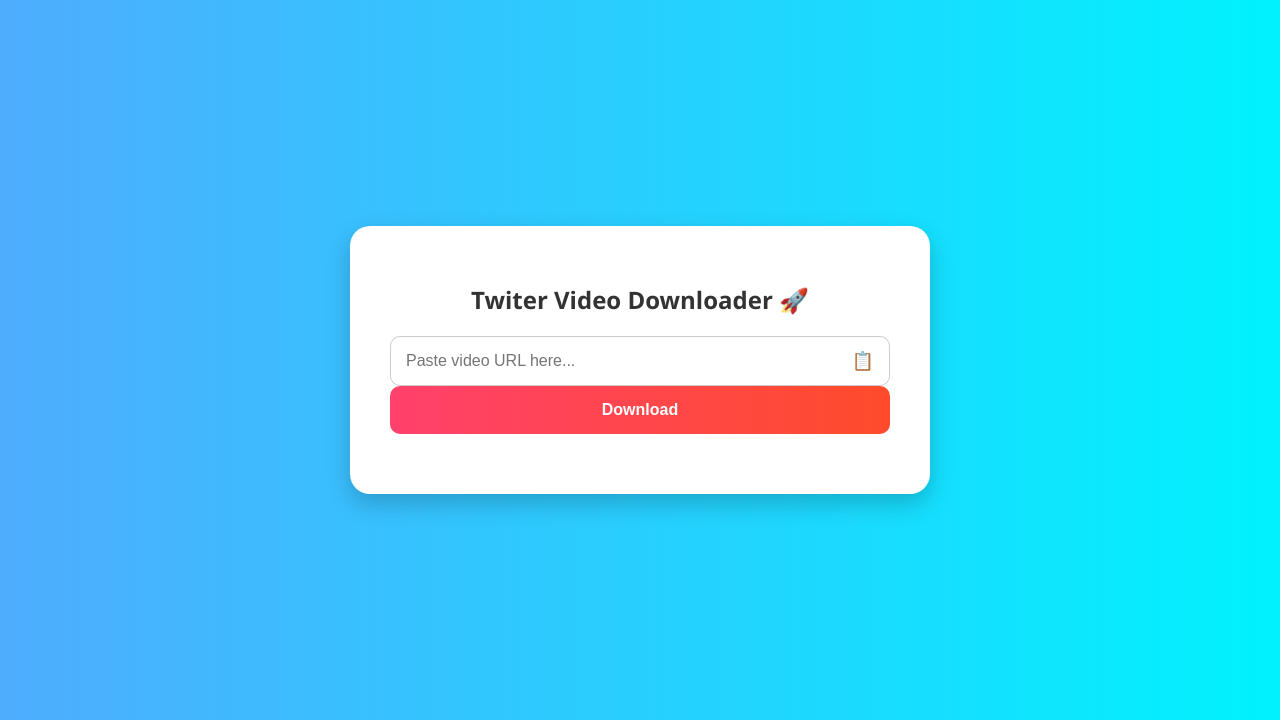
Repository: NETFORYJ/twitter-video-downloader
Page: TwitterVideoDownloader/src/main/resources/static/index.html
These files come from the project's save history. The page is drawn as it stood at one moment and after the next save; the edit follows.
The browser window is 1280 px wide. The pictures show the whole page.

Above is the page before, as saved 2025-05-04 13:41:54.

### TwitterVideoDownloader/src/main/resources/static/index.html
<!DOCTYPE html>
<html lang="en">
<head>
  <meta charset="UTF-8" />
  <meta name="viewport" content="width=device-width, initial-scale=1.0"/>
  <title>Video Downloader</title>
  <style>
    body {
      margin: 0;
      padding: 0;
      font-family: 'Segoe UI', Tahoma, Geneva, Verdana, sans-serif;
      background: linear-gradient(to right, #4facfe, #00f2fe);
      min-height: 100vh;
      display: flex;
      justify-content: center;
      align-items: center;
    }

    .container {
      background-color: white;
      padding: 40px;
      border-radius: 20px;
      box-shadow: 0 10px 25px rgba(0, 0, 0, 0.2);
      width: 90%;
      max-width: 500px;
      text-align: center;
    }

    h1 {
      margin-bottom: 20px;
      color: #333;
      font-size: 24px;
    }

    .input-wrapper {
  position: relative;
  width: 100%;
}

.input-wrapper input {
  width: 100%;
  padding: 15px 40px 15px 15px; /* space for button */
  font-size: 16px;
  border: 1px solid #ccc;
  border-radius: 10px;
  box-sizing: border-box;
}

.input-wrapper button {
  position: absolute;
  top: 50%;
  right: 10px;
  transform: translateY(-50%);
  border: none;
  background: transparent;
  font-size: 18px;
  cursor: pointer;
}



    button[type="submit"] {
      padding: 15px;
      width: 100%;
      background: linear-gradient(to right, #ff416c, #ff4b2b);
      color: white;
      font-size: 16px;
      font-weight: bold;
      border: none;
      border-radius: 10px;
      cursor: pointer;
      transition: 0.3s ease;
    }

    button[type="submit"]:hover {
      background: linear-gradient(to right, #ff4b2b, #ff416c);
    }

    #thumbnail {
      display: none;
      width: 100%;
      margin-top: 20px;
      border-radius: 12px;
      box-shadow: 0 5px 10px rgba(0,0,0,0.1);
    }

    #progress-container {
      width: 100%;
      background-color: #e0e0e0;
      border-radius: 10px;
      overflow: hidden;
      margin-top: 20px;
      display: none;
    }

    #progress-bar {
      width: 0%;
      height: 10px;
      background-color: #4caf50;
      transition: width 0.4s ease;
    }

    #result {
      margin-top: 20px;
      font-weight: bold;
    }

    #downloadLink {
      display: none;
      margin-top: 20px;
      padding: 15px;
      background-color: #28a745;
      color: white;
      border-radius: 10px;
      text-decoration: none;
      font-weight: bold;
      transition: background 0.3s ease;
    }

    #downloadLink:hover {
      background-color: #218838;
    }
  </style>
</head>
<body>

  <div class="container">
    <h1>Twiter Video Downloader 🚀</h1>
    <form id="downloadForm">
    <div class="input-wrapper">
  <input type="text" id="videoUrl" placeholder="Paste video URL here..." required>
  <button type="button" id="actionBtn">📋</button>
</div>

      <button type="submit">Download</button>
    </form>
    <img id="thumbnail" src="" alt="Thumbnail Preview">
    <p id="result"></p>
    <div id="progress-container">
      <div id="progress-bar"></div>
    </div>
    <a id="downloadLink" href="#" download>📥 Download Video</a>
  </div>

  <script>
    const input = document.getElementById("videoUrl");
    const actionBtn = document.getElementById("actionBtn");
    const form = document.getElementById("downloadForm");

    // Basic URL pattern (client-side validation)

    /* function isValidUrlOld(url) {
  const pattern = /^(https?:\/\/)?(www\.)?[\w\-]+\.[\w]{2,}.*$/i;
  return pattern.test(url);
}
*/
function isValidUrl(url) {
	  const pattern = /^https?:\/\/(www\.)?(twitter\.com|x\.com)\/[a-zA-Z0-9_]+\/status\/\d+/i;
	  return pattern.test(url);
	}


    input.addEventListener("input", () => {
      const videoUrl = input.value.trim();
      const thumbnail = document.getElementById("thumbnail");
      const result = document.getElementById("result");

      if (!videoUrl) {
        thumbnail.style.display = "none";
        actionBtn.textContent = "📋";
        result.innerText = "";
        return;
      }

      actionBtn.textContent = "❌";

      if (!isValidUrl(videoUrl)) {
        result.innerText = "❌ Invalid URL format!";
        result.style.color = "red";
        thumbnail.style.display = "none";
        return;
      }

      result.innerText = "";

      fetch(`/api/thumbnail?videoUrl=${encodeURIComponent(videoUrl)}`)
        .then((res) => res.json())
        .then((data) => {
          if (data.thumbnail) {
            thumbnail.src = data.thumbnail;
            thumbnail.style.display = "block";
          } else {
            thumbnail.style.display = "none";
          }
        })
        .catch((error) => {
          console.error("Thumbnail error:", error);
          thumbnail.style.display = "none";
        });
    });

    actionBtn.addEventListener("click", async () => {
      if (input.value.trim()) {
        input.value = "";
        actionBtn.textContent = "📋";
        input.dispatchEvent(new Event("input"));
      } else {
        try {
          const text = await navigator.clipboard.readText();
          input.value = text;
          actionBtn.textContent = "❌";
          input.dispatchEvent(new Event("input"));
        } catch (err) {
          console.error("Clipboard access failed", err);
        }
      }
    });

    form.addEventListener("submit", async function (e) {
      e.preventDefault();
      const videoUrl = input.value.trim();
      const progressBar = document.getElementById("progress-bar");
      const progressContainer = document.getElementById("progress-container");
      const result = document.getElementById("result");
      const downloadLink = document.getElementById("downloadLink");

      result.innerText = "";
      progressContainer.style.display = "block";
      progressBar.style.width = "0%";
      downloadLink.style.display = "none";

      if (!isValidUrl(videoUrl)) {
        result.innerText = "❌ Invalid URL. Please enter a correct one.";
        result.style.color = "red";
        return;
      }

      try {
        const response = await fetch('/api/download', {
          method: 'POST',
          headers: { 'Content-Type': 'application/x-www-form-urlencoded' },
          body: new URLSearchParams({ videoUrl })
        });

        // if (!response.ok) throw new Error(await response.text());

        if (!response.ok) {
        	  if (response.status === 400) {
        	    result.innerText = "❌ Please enter a valid Twitter or X video URL.";
        	  } else {
        	    result.innerText = "❌ Error downloading video. Try again!";
        	  }
        	  result.style.color = "red";
        	  return;
        	}

        const blob = await response.blob();
        const fileUrl = window.URL.createObjectURL(blob);

        result.innerText = "✅ Video ready for download!";
        result.style.color = "green";
        downloadLink.href = fileUrl;
        downloadLink.download = "video.mp4";
        downloadLink.style.display = "inline-block";
      } catch (error) {
        console.error("Download error:", error);
        result.innerText = "❌ Error downloading video. Try again!";
        result.style.color = "red";
      }
    });
  </script>

</body>
</html>

After the next save:
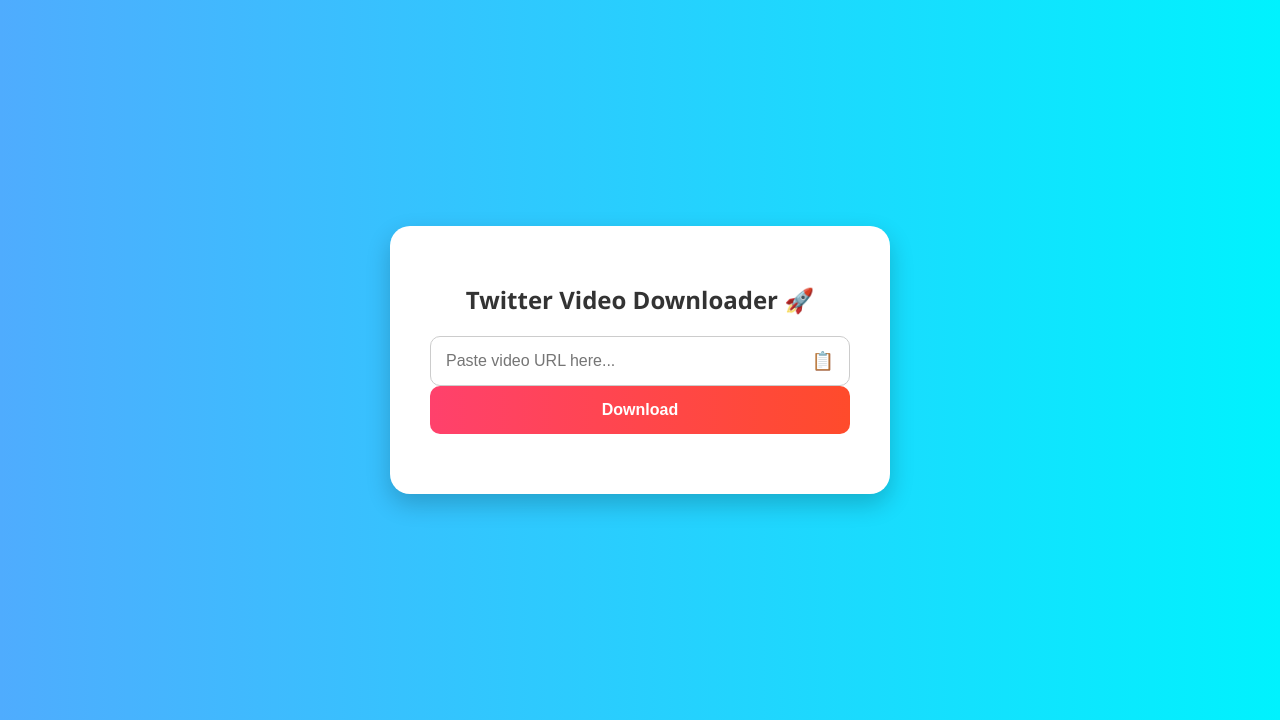
Saved 6 min 49 s later.
--- a/TwitterVideoDownloader/src/main/resources/static/index.html
+++ b/TwitterVideoDownloader/src/main/resources/static/index.html
@@ -5,6 +5,10 @@
   <meta name="viewport" content="width=device-width, initial-scale=1.0"/>
   <title>Video Downloader</title>
   <style>
+    * {
+      box-sizing: border-box;
+    }
+
     body {
       margin: 0;
       padding: 0;
@@ -33,31 +37,33 @@
     }
 
     .input-wrapper {
-  position: relative;
-  width: 100%;
-}
-
-.input-wrapper input {
-  width: 100%;
-  padding: 15px 40px 15px 15px; /* space for button */
-  font-size: 16px;
-  border: 1px solid #ccc;
-  border-radius: 10px;
-  box-sizing: border-box;
-}
-
-.input-wrapper button {
-  position: absolute;
-  top: 50%;
-  right: 10px;
-  transform: translateY(-50%);
-  border: none;
-  background: transparent;
-  font-size: 18px;
-  cursor: pointer;
-}
-
-
+      position: relative;
+      width: 100%;
+    }
+
+    .input-wrapper input {
+      width: 100%;
+      padding: 15px 50px 15px 15px; /* space for button */
+      font-size: 16px;
+      border: 1px solid #ccc;
+      border-radius: 10px;
+      box-sizing: border-box;
+    }
+
+    .input-wrapper button {
+      position: absolute;
+      top: 50%;
+      right: 10px;
+      transform: translateY(-50%);
+      border: none;
+      background: transparent;
+      font-size: 18px;
+      cursor: pointer;
+      line-height: 1;
+      display: flex;
+      align-items: center;
+      justify-content: center;
+    }
 
     button[type="submit"] {
       padding: 15px;
@@ -81,7 +87,7 @@
       width: 100%;
       margin-top: 20px;
       border-radius: 12px;
-      box-shadow: 0 5px 10px rgba(0,0,0,0.1);
+      box-shadow: 0 5px 10px rgba(0, 0, 0, 0.1);
     }
 
     #progress-container {
@@ -120,18 +126,33 @@
     #downloadLink:hover {
       background-color: #218838;
     }
+
+    /* Media Queries for responsiveness */
+    @media (max-width: 480px) {
+      h1 {
+        font-size: 20px;
+      }
+
+      button[type="submit"] {
+        padding: 12px;
+        font-size: 14px;
+      }
+
+      .container {
+        padding: 25px;
+      }
+    }
   </style>
 </head>
 <body>
 
   <div class="container">
-    <h1>Twiter Video Downloader 🚀</h1>
+    <h1>Twitter Video Downloader 🚀</h1>
     <form id="downloadForm">
-    <div class="input-wrapper">
-  <input type="text" id="videoUrl" placeholder="Paste video URL here..." required>
-  <button type="button" id="actionBtn">📋</button>
-</div>
-
+      <div class="input-wrapper">
+        <input type="text" id="videoUrl" placeholder="Paste video URL here..." required aria-label="Video URL">
+        <button type="button" id="actionBtn" aria-label="Paste or clear URL">📋</button>
+      </div>
       <button type="submit">Download</button>
     </form>
     <img id="thumbnail" src="" alt="Thumbnail Preview">
@@ -147,18 +168,10 @@
     const actionBtn = document.getElementById("actionBtn");
     const form = document.getElementById("downloadForm");
 
-    // Basic URL pattern (client-side validation)
-
-    /* function isValidUrlOld(url) {
-  const pattern = /^(https?:\/\/)?(www\.)?[\w\-]+\.[\w]{2,}.*$/i;
-  return pattern.test(url);
-}
-*/
-function isValidUrl(url) {
-	  const pattern = /^https?:\/\/(www\.)?(twitter\.com|x\.com)\/[a-zA-Z0-9_]+\/status\/\d+/i;
-	  return pattern.test(url);
-	}
-
+    function isValidUrl(url) {
+      const pattern = /^https?:\/\/(www\.)?(twitter\.com|x\.com)\/[a-zA-Z0-9_]+\/status\/\d+/i;
+      return pattern.test(url);
+    }
 
     input.addEventListener("input", () => {
       const videoUrl = input.value.trim();
@@ -242,17 +255,15 @@
           body: new URLSearchParams({ videoUrl })
         });
 
-        // if (!response.ok) throw new Error(await response.text());
-
         if (!response.ok) {
-        	  if (response.status === 400) {
-        	    result.innerText = "❌ Please enter a valid Twitter or X video URL.";
-        	  } else {
-        	    result.innerText = "❌ Error downloading video. Try again!";
-        	  }
-        	  result.style.color = "red";
-        	  return;
-        	}
+          if (response.status === 400) {
+            result.innerText = "❌ Please enter a valid Twitter or X video URL.";
+          } else {
+            result.innerText = "❌ Error downloading video. Try again!";
+          }
+          result.style.color = "red";
+          return;
+        }
 
         const blob = await response.blob();
         const fileUrl = window.URL.createObjectURL(blob);
